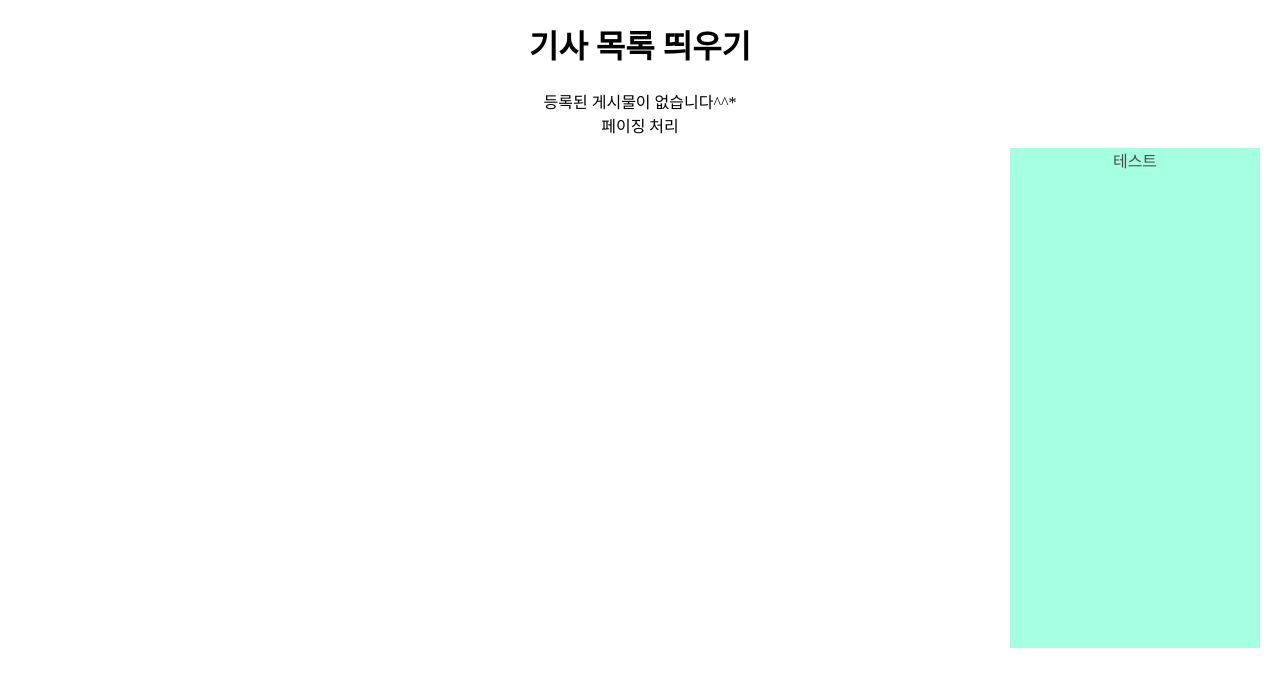
Repository: Jadeyj-713/miniproject2
Page: http://localhost/yeogi/pList.do
These files come from the project's save history. The page is drawn as it stood at one moment and after the next save; the edit follows.
The browser window is 1280 px wide. The pictures show the whole page.
The page is served by Tomcat 9. Other server files are loaded and not shown. Queries for data that is not in the repository find no rows.

Above is the page before, as saved 2025-04-01 02:18:22.

### yeogi/src/main/webapp/mini2/pList.jsp
<%@ page language="java" contentType="text/html; charset=UTF-8"
    pageEncoding="UTF-8"%>
    <%@ taglib prefix="c" uri="http://java.sun.com/jsp/jstl/core" %>
<!DOCTYPE html>
<html>
<head>
<meta charset="UTF-8">
<title>test</title>
<style>
	body{margin:0; padding:0; text-align:center;}
    .bordertest{
        border: 1px solid darkblue;
        clear: both;
        margin-left: 20vh;
        margin-right: 20vh;
        max-width: 800px;
    }
    img{
    	float: left;
    	width: 150px;
        height: 150px;
        line-height: 150px;
        border: 1px solid black;
    }
		#absolutePanel{
			position: fixed;
			right: 20px;
			bottom: 10vh;
			width: 250px;
			height: 500px;
			background-color: aquamarine;
			opacity: 70%;
		}

    /* 스마트폰 모드 (최대 너비 576px) */
    @media (max-width: 576px) {
    /* 스마트폰 모드에 적용할 CSS 스타일 */
        .bordertest{margin: 0;}
        img{border-color: yellow;}
    }

    /* 태블릿 및 스마트폰 모드 (최대 너비 768px) */
    @media (max-width: 768px) {
    /* 태블릿 및 스마트폰 모드에 적용할 CSS 스타일 */
        .bordertest{margin: 0;}
        img{border-color: red;}
    }

</style>
</head>
<body>
 <h1>기사 목록 띄우기</h1>
 <c:choose>
 <c:when test="${ empty boardLists }">
 	등록된 게시물이 없습니다^^*
 </c:when>

 <c:otherwise>
	 <c:forEach items="${boardLists }" var="post">
	    <div class="bordertest">
	        <img src="" alt="썸네일">
	        <div>
	            <h2>${post.title}</h2>
	            <p>${post.country}</p>
	            <p>${post.tag}</p>
	            <p>기사내용 : ${post.content}<br>
	            	글 번호 : ${post.idx }</p>
	        </div>
	    </div>
	 </c:forEach>
 </c:otherwise>

 </c:choose>
	<div>
		<%-- ${ map.pagingImg } --%>
		페이징 처리<br>
		${ map.pagingImg }
	</div>

	<div id="absolutePanel">
<%-- 	<c:forEach items="${ }" var="best">
		<div class="aP">
			<img src="" alt="사진">
			${best.title}
		</div>
	</c:forEach> --%>
		테스트
	</div>


</body>
</html>

### yeogi/src/main/java/com/yeogi/controller/pListController.java
package com.yeogi.controller;

import java.io.IOException;
import java.util.HashMap;
import java.util.List;
import java.util.Map;

import javax.servlet.ServletException;
import javax.servlet.annotation.WebServlet;
import javax.servlet.http.HttpServlet;
import javax.servlet.http.HttpServletRequest;
import javax.servlet.http.HttpServletResponse;

import com.yeogi.dao.PostDAO;
import com.yeogi.dto.PostDTO;

import util.Pageing;

/**
 * Servlet implementation class pListController
 */
@WebServlet("/pList.do")
public class pListController extends HttpServlet {
	private static final long serialVersionUID = 1L;

    /**
     * @see HttpServlet#HttpServlet()
     */
    public pListController() {
        super();
        // TODO Auto-generated constructor stub
    }

	/**
	 * @see HttpServlet#doGet(HttpServletRequest request, HttpServletResponse response)
	 */
	@Override
	protected void doGet(HttpServletRequest req, HttpServletResponse resp) throws ServletException, IOException {
		 // DAO 생성
	       PostDAO dao = new PostDAO();

	        // 뷰에 전달할 매개변수 저장용 맵 생성
	        Map<String, Object> map = new HashMap<>();

	        //검색
//	        String searchField = req.getParameter("searchField");
//	        String searchWord = req.getParameter("searchWord");
//	        if (searchWord != null) {
//	            // 쿼리스트링으로 전달받은 매개변수 중 검색어가 있다면 map에 저장
//	            map.put("searchField", searchField);
//	            map.put("searchWord", searchWord);
//	        }

	        int totalCount = dao.selectCount(map);  // 게시물 개수

	        /* 페이지 처리 start */
//	        ServletContext application = getServletContext();
//	        int pageSize = Integer.parseInt(application.getInitParameter("POSTS_PER_PAGE"));
//	        int blockPage = Integer.parseInt(application.getInitParameter("PAGES_PER_BLOCK"));

	        int pageSize = 10; //한 페이지에 출력할 글의 갯수
	        int blockPage = 5; //페이지 번호의 갯수 1,2,3,4,5

	        // 현재 페이지 확인
	        int pageNum = 1;  // 기본값
	        String pageTemp = req.getParameter("pageNum");
	        if (pageTemp != null && !pageTemp.equals(""))
	            pageNum = Integer.parseInt(pageTemp); // 요청받은 페이지로 수정

	        // 목록에 출력할 게시물 범위 계산
	        int start = (pageNum - 1) * pageSize + 1;  // 첫 게시물 번호
	        int end = pageNum * pageSize; // 마지막 게시물 번호
	        map.put("start", start);
	        map.put("end", end);
	        /* 페이지 처리 end */

	        List<PostDTO> boardLists = dao.selectListPage(map);  // 게시물 목록 받기
	        dao.close(); // DB 연결 닫기

	        // 뷰에 전달할 매개변수 추가
	        String pagingImg = Pageing.pagingStr(totalCount, pageSize,
	                blockPage, pageNum, "../pList.do");  // 바로가기 영역 HTML 문자열
	        System.out.println(pagingImg);
	        map.put("pagingImg", pagingImg);
	        map.put("totalCount", totalCount);
	        map.put("pageSize", pageSize);
	        map.put("pageNum", pageNum);

	        // 전달할 데이터를 request 영역에 저장 후 List.jsp로 포워드
	        req.setAttribute("boardLists", boardLists);
	        req.setAttribute("map", map);
	        req.getRequestDispatcher("/mini2/pList.jsp").forward(req, resp);
	}

	/**
	 * @see HttpServlet#doPost(HttpServletRequest request, HttpServletResponse response)
	 */
	@Override
	protected void doPost(HttpServletRequest request, HttpServletResponse response) throws ServletException, IOException {
		// TODO Auto-generated method stub
		doGet(request, response);
	}

}

### yeogi/src/main/java/conn/DBConnPool.java
package conn;

import java.sql.Connection;
import java.sql.PreparedStatement;
import java.sql.ResultSet;
import java.sql.Statement;

import javax.naming.Context;
import javax.naming.InitialContext;
import javax.sql.DataSource;

public class DBConnPool {
	public Connection con;
	public Statement stmt;
	public PreparedStatement psmt;
	public ResultSet rs;

	public DBConnPool() {
		try {
			Context initCtx = new InitialContext();
			Context ctx = (Context)initCtx.lookup("java:comp/env");
			DataSource source = (DataSource)ctx.lookup("jdbc/myoracle");
			// 커넥션 풀을 통해 연결 얻기
			con = source.getConnection();

			System.out.println("DB 커넥션 풀 연결 성공");
		}catch (Exception e) {
			System.out.println("DB 커넥션 풀 연결 실패");
			e.printStackTrace();
		}
	}//생성자 끝
	// 연결 해제(자원 반납)
		public void close() {
			try {
				if (rs != null) rs.close();
				if (stmt != null) stmt.close();
				if (psmt != null) psmt.close();
				if (con != null) con.close();  // 자동으로 커넥션 풀로 반납됨

				System.out.println("DB 커넥션 풀 자원 반납");
			}
			catch (Exception e) {
				e.printStackTrace();
			}
		}
}

### yeogi/src/main/java/com/yeogi/dao/PostDAO.java
package com.yeogi.dao;

import java.util.ArrayList;
import java.util.List;
import java.util.Map;

import com.yeogi.dto.PostDTO;

import conn.DBConnPool;

public class PostDAO extends DBConnPool{
	public PostDAO() {
		super();
	}

	// 검색 조건에 맞는 게시물의 개수를 반환합니다.
    public int selectCount(Map<String, Object> map) {
        int totalCount = 0;
        String query = "SELECT COUNT(*) FROM post";
//        if (map.get("searchWord") != null) {
//            query += " WHERE " + map.get("searchField") + " "
//                   + " LIKE '%" + map.get("searchWord") + "%'";
//        }
        try {
            stmt = con.createStatement();
            rs = stmt.executeQuery(query);
            rs.next();
            totalCount = rs.getInt(1);
        }
        catch (Exception e) {
            System.out.println("게시물 카운트 중 예외 발생");
            e.printStackTrace();
        }

        return totalCount;
    }
    public List<PostDTO> selectListPage(Map<String,Object> map) {
        List<PostDTO> board = new ArrayList<PostDTO>();
        String query = " "
//        				+ " SELECT * FROM post ";


                     + "SELECT * FROM ( "
                     + "    SELECT Tb.*, ROWNUM rNum FROM ( "
                     + "        SELECT * FROM post ";
        //검색을 하는 경우 where절 추가
//        if (map.get("searchWord") != null)
//        {
//            query += " WHERE " + map.get("searchField")
//                   + " LIKE '%" + map.get("searchWord") + "%' ";
//        }

        query += "        ORDER BY postid DESC "
               + "    ) Tb "
               + " ) "
               + " WHERE rNum BETWEEN ? AND ?";

        System.out.println(query);

        try {
            psmt = con.prepareStatement(query);
            psmt.setString(1, map.get("start").toString());
            psmt.setString(2, map.get("end").toString());
            rs = psmt.executeQuery();

            while (rs.next()) {
            	// Model 객체에 게시글 데이터 저장
            	PostDTO dto = new PostDTO();

                dto.setIdx(rs.getString(1));
                dto.setTitle(rs.getString(2));
                dto.setCountry(rs.getString(4));
                dto.setTag(rs.getString(3));
                dto.setContent(rs.getString(5));
                dto.setPostdate(rs.getDate(6));
//                dto.setOfile(rs.getString(6));
//                dto.setSfile(rs.getString(7));
//                dto.setDowncount(rs.getInt(8));
//                dto.setPass(rs.getString(9));
//                dto.setVisitcount(rs.getInt(10));

                board.add(dto); // list에 model 추가
            }
        }
        catch (Exception e) {
            System.out.println("게시물 조회 중 예외 발생");
            e.printStackTrace();
        }
        return board; // list 리턴
    }

}

### yeogi/src/main/java/util/Pageing.java
package util;

public class Pageing {
	 public static String pagingStr(int totalCount, int pageSize, int blockPage,
	            int pageNum, String reqUrl) {
	        String pagingStr = "";

	        // 단계 3 : 전체 페이지 수 계산
	        int totalPages = (int) (Math.ceil(((double) totalCount / pageSize)));

	        // 단계 4 : '이전 페이지 블록 바로가기' 출력
	        int pageTemp = (((pageNum - 1) / blockPage) * blockPage) + 1;
	        if (pageTemp != 1) {
	            pagingStr += "<a href='" + reqUrl + "?pageNum=1'>[첫 페이지]</a>";
	            pagingStr += "&nbsp;";
	            pagingStr += "<a href='" + reqUrl + "?pageNum=" + (pageTemp - 1)
	                         + "'>[이전 블록]</a>";
	        }

	        // 단계 5 : 각 페이지 번호 출력
	        int blockCount = 1;
	        while (blockCount <= blockPage && pageTemp <= totalPages) {
	            if (pageTemp == pageNum) {
	                // 현재 페이지는 링크를 걸지 않음
	                pagingStr += "&nbsp;" + pageTemp + "&nbsp;";
	            } else {
	                pagingStr += "&nbsp;<a href='" + reqUrl + "?pageNum=" + pageTemp
	                             + "'>" + pageTemp + "</a>&nbsp;";
	            }
	            pageTemp++;
	            blockCount++;
	        }

	        // 단계 6 : '다음 페이지 블록 바로가기' 출력
	        if (pageTemp <= totalPages) {
	            pagingStr += "<a href='" + reqUrl + "?pageNum=" + pageTemp
	                         + "'>[다음 블록]</a>";
	            pagingStr += "&nbsp;";
	            pagingStr += "<a href='" + reqUrl + "?pageNum=" + totalPages
	                         + "'>[마지막 페이지]</a>";
	        }

	        return pagingStr;
	    }
}

After the next save:
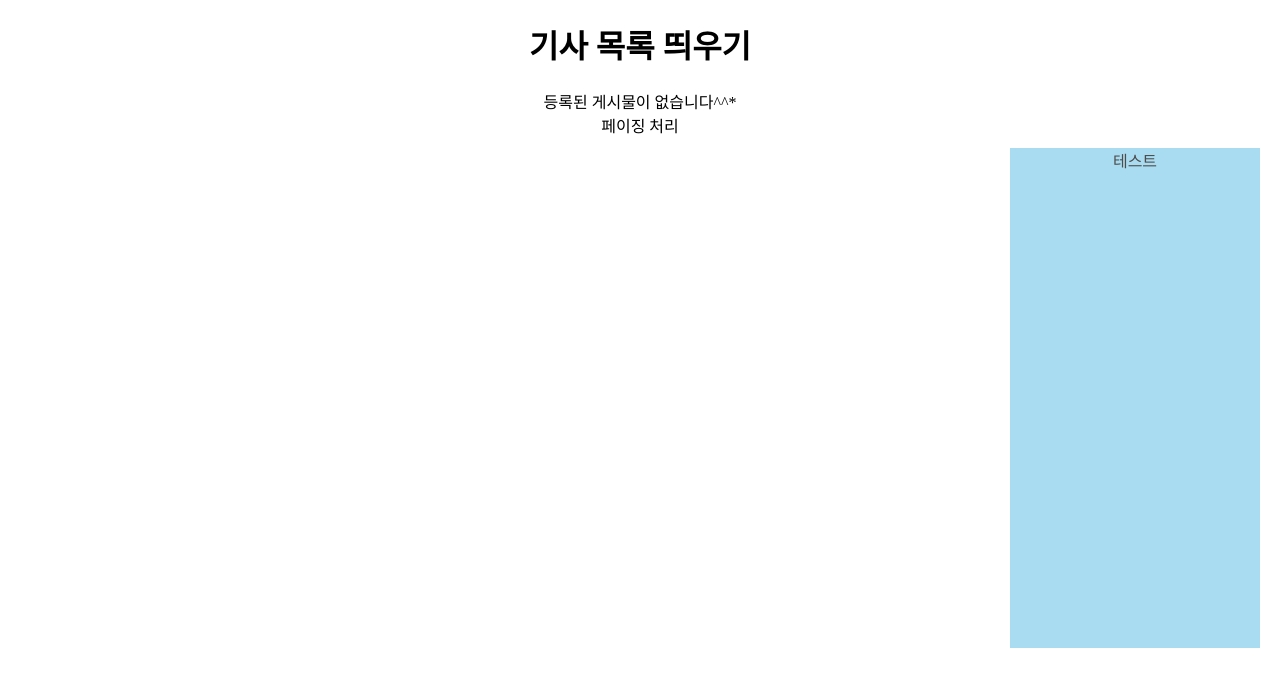
Saved 26 s later.
--- a/yeogi/src/main/webapp/mini2/pList.jsp
+++ b/yeogi/src/main/webapp/mini2/pList.jsp
@@ -28,7 +28,7 @@
 			bottom: 10vh;
 			width: 250px;
 			height: 500px;
-			background-color: aquamarine;
+			background-color: skyblue;
 			opacity: 70%;
 		}
 
